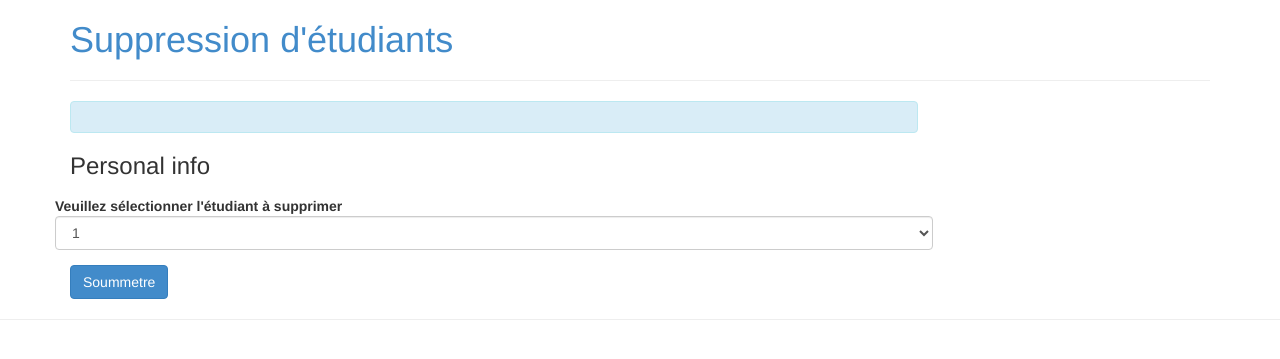
Repository: tt5300447/parakeet
Page: http://localhost/
These files come from the project's save history. The page is drawn as it stood at one moment and after the next save; the edit follows.
The browser window is 1280 px wide. The pictures show the whole page.
The page is run by PHP 8.4 with error messages shown; the project is at /var/www/html/.

Above is the page before, as saved 2022-06-22 12:35:58.
Console error (its wording comes from the project's code and is left out).

### Copier/htdocs/Supprimer/index.php
<!DOCTYPE html>
<html lang="en">

<head>
    <meta charset="UTF-8">
    <meta http-equiv="X-UA-Compatible" content="IE=edge">
    <meta name="viewport" content="width=device-width, initial-scale=1.0">
    <title>Update </title>
    <link rel="stylesheet" href="style.css">
    <link rel="stylesheet" href="bootstrap.min.css">
    <link rel="shortcut icon" type="image/x-icon" href="update.png">
    <link rel="apple-touch-icon" sizes="76x76" href="update.png">
    <link rel="alternate" type="application/rss+xml" href="rss">
</head>

<body>
    <div class="container bootstrap snippets bootdey">
        <h1 class="text-primary">Suppression d'étudiants</h1>
        <hr>
        <div class="row">
            <!-- left column -->
            <!-- edit form column -->
            <div class="col-md-9 personal-info">
                <div class="alert alert-info alert-dismissable">
                    <?php
?>
                    <a class="panel-close close" data-dismiss="alert"></a>
                </div>
                <h3>Personal info</h3>
                <form class="form-horizontal" method="post" role="form">
                    <div class="form-group">
                        <label class="control-label">Veuillez sélectionner l'étudiant à supprimer</label>
                        <select class="form-control col-lg-8">
                            <option>1</option>
                            <option>2</option>
                            <option>3</option>
                            <option>4</option>
                            <option>5</option>
                        </select>
                    </div>
                    <button type="submit" class="btn btn-primary">Soummetre</button>
                </form>
            </div>
        </div>
    </div>
    <hr>
    <script type="text/javascript" src="popper.min.js"></script>
    <script src="bootstrap.min.js"></script>
    <script type="text/javascript" src="script.js"></script>
</body>

</html>

### Copier/htdocs/Supprimer/style.css
body {
    margin-top: 20px;
}

.avatar {
    width: 200px;
    height: 200px;
}

### Copier/htdocs/Supprimer/script.js
//signup form validation
$(function() {
    $("#errorname").hide();
    $("#errorusername").hide();
    $("#erroremail").hide();
    $("#errorpass").hide();
    $("#errorconpass").hide();

    var error_name = false;
    var error_username = false;
    var error_email = false;
    var error_pass = false;
    var error_conpass = false;

    $("#form_name").focusout(function() {
        checkName();
    });
    $("#form_username").focusout(function() {
        checkUserName();
    });
    $("#form_email").focusout(function() {
        checkEmail();
    });
    $("#form_pwd").focusout(function() {
        checkPass();
    });
    $("#form_conpwd").focusout(function() {
        checkConPass();
    });

    // check name
    function checkName() {
        var name = $("#form_name").val();
        var pattern = new RegExp(/^[a-zA-Z ]{5,30}$/);
        if (!pattern.test(name)) {
            $("#errorname").html("Should be between 5-30 contains only space");
            $("#errorname").show(300);
            error_name = true;
        } else {
            $("#errorname").hide(400);
        }
    }
    // check username
    function checkUserName() {
        var username = $("#form_username").val();
        var pattern = new RegExp(/^[a-zA-Z0-9._]{6,20}$/);
        if (!pattern.test(username)) {
            $("#errorusername").html(
                "Should be between 6-20 contains only alphabets numbers . _"
            );
            $("#errorusername").show(300);
            error_username = true;
        } else {
            $("#errorusername").hide(400);
        }
    }

    //check email
    function checkEmail() {
        var pattern = new RegExp(
            /^[+a-zA-Z0-9._-]+@[a-zA-Z0-9.-]+\.[a-zA-Z]{2,4}$/i
        );
        if (pattern.test($("#form_email").val())) {
            $("#erroremail").hide(400);
        } else {
            $("#erroremail").html("Invalid email address");
            $("#erroremail").show(300);
            error_email = true;
        }
    }

    // check password
    function checkPass() {
        var password = $("#form_pwd").val();
        var pattern = new RegExp(
            /^(?=.*?[A-Z])(?=.*?[a-z])(?=.*?[0-9])(?=.*?[#?!@$%^&*-]).{8,}$/
        );

        if (!pattern.test(password)) {
            $("#errorpass").html(
                "Should be at least a uppercase,lowercase,number,special characters and minimum length 8"
            );
            $("#errorpass").show(300);
            error_pass = true;
        } else {
            $("#errorpass").hide(400);
        }
    }

    // check confirm password
    function checkConPass() {
        var password = $("#form_pwd").val();
        var con_pass = $("#form_conpwd").val();
        if (password != con_pass) {
            $("#errorconpass").html("Password not match");
            $("#errorconpass").show(300);
            error_conpass = true;
        } else {
            $("#errorconpass").hide(400);
        }
    }

    //form submit
    $("#reg_form").submit(function() {
        error_name = false;
        error_username = false;
        error_email = false;
        error_pass = false;
        error_conpass = false;
        checkName();
        checkUserName();
        checkEmail();
        checkPass();
        checkConPass();

        if (
            error_name == false &&
            error_username == false &&
            error_email == false &&
            error_pass == false &&
            error_conpass == false
        ) {
            return true;
        } else {
            return false;
        }
    });
});

Loaded but not shown: Copier/htdocs/Supprimer/bootstrap.min.css (library); Copier/htdocs/Supprimer/popper.min.js (library); Copier/htdocs/Supprimer/bootstrap.min.js (library)

After the next save:
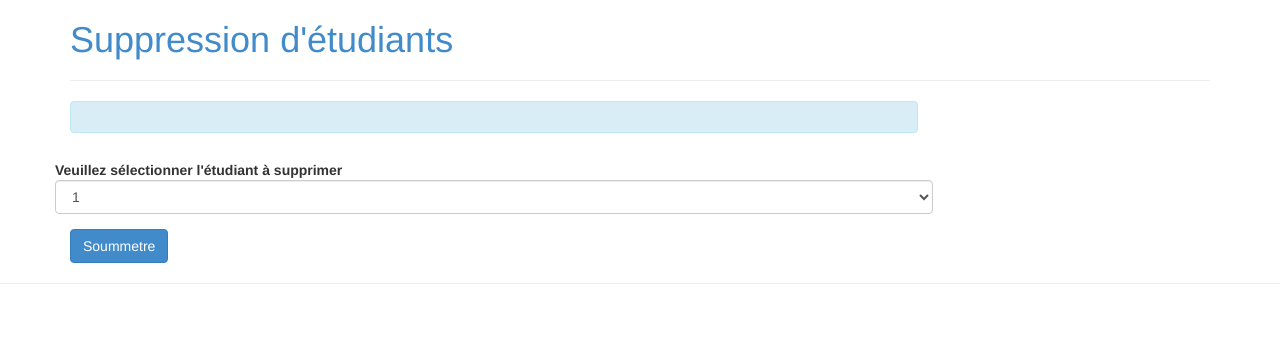
Saved 15 s later.
--- a/Copier/htdocs/Supprimer/index.php
+++ b/Copier/htdocs/Supprimer/index.php
@@ -26,7 +26,6 @@
 ?>
                     <a class="panel-close close" data-dismiss="alert"></a>
                 </div>
-                <h3>Personal info</h3>
                 <form class="form-horizontal" method="post" role="form">
                     <div class="form-group">
                         <label class="control-label">Veuillez sélectionner l'étudiant à supprimer</label>
